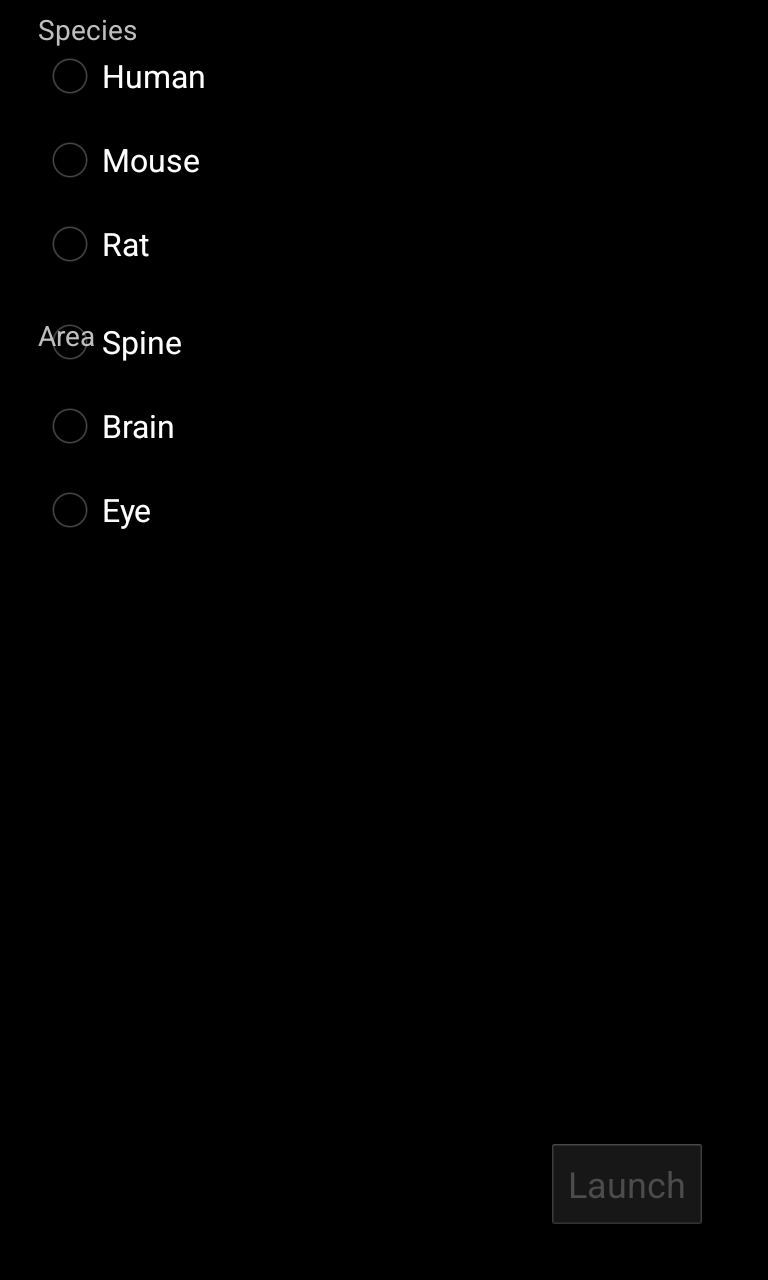
Repository: Ekarg/CSCE315Project3
Layout: Project3/res/layout/activity_main.xml
The author's editor kept a copy of each file at every save. The layout is drawn from the files as they stood at one save, then again after the next save.
It is drawn on a 768 x 1280 px phone screen (xhdpi) without system bars, with theme android:Theme.Holo; the app's code is not run.

Above is the layout before, as saved 2013-11-27 20:18:40.

### Project3/res/layout/activity_main.xml
<RelativeLayout xmlns:android="http://schemas.android.com/apk/res/android"
    xmlns:tools="http://schemas.android.com/tools"
    android:layout_width="match_parent"
    android:layout_height="match_parent"
    android:paddingBottom="5dp"
    android:paddingLeft="5dp"
    android:paddingRight="5dp"
    android:paddingTop="5dp"
    tools:context=".MainActivity" >

    <Button
        android:id="@+id/button1"
        android:layout_width="wrap_content"
        android:layout_height="wrap_content"
        android:layout_alignParentBottom="true"
        android:layout_alignParentRight="true"
        android:layout_marginBottom="19dp"
        android:layout_marginRight="24dp"
        android:enabled = "false"
		android:onClick="launch"
        android:text="@string/Button" />

    <TextView
        android:id="@+id/textView1"
        android:layout_width="wrap_content"
        android:layout_height="wrap_content"
        android:layout_marginLeft="14dp"
        android:layout_alignParentTop="true"
        android:text="@string/species" />

   <RadioGroup
        android:id="@+id/radioGroup1"
        android:layout_width="fill_parent"
        android:layout_height="wrap_content"
        android:layout_alignParentTop="true"
        android:layout_centerHorizontal="true"
        android:orientation="vertical" >

        <RadioButton
            android:id="@+id/radioButton1"
            android:layout_width="wrap_content"
            android:layout_height="wrap_content"
            android:layout_marginLeft="14dp"
            android:checked = "false"
            android:layout_marginTop="17dp"
            android:text="@string/human"
            android:onClick="onRadioButtonClicked"/>

        <RadioButton
            android:id="@+id/radioButton2"
            android:layout_width="wrap_content"
            android:layout_height="wrap_content"
            android:layout_marginLeft="14dp"
            android:checked = "false"
            android:layout_marginTop="10dp"
            android:text="@string/mouse"
            android:onClick="onRadioButtonClicked"/>

        <RadioButton
            android:id="@+id/radioButton3"
            android:layout_width="wrap_content"
            android:layout_height="wrap_content"
            android:layout_marginLeft="14dp"
            android:checked = "false"
            android:layout_marginTop="10dp"
            android:text="@string/rat"
            android:onClick="onRadioButtonClicked"/>
    </RadioGroup>

    <TextView
        android:id="@+id/textView2"
        android:layout_width="wrap_content"
        android:layout_height="wrap_content"
        android:layout_alignLeft="@+id/textView1"
        android:layout_below="@+id/radioGroup1"
        android:layout_marginTop="20dp"
        android:text="@string/area"
        android:onClick="onRadioButtonClicked" />

     <RadioGroup
        android:id="@+id/radioGroup2"
        android:layout_width="fill_parent"
        android:layout_height="wrap_content"
        android:layout_alignParentTop="true"
        android:layout_centerHorizontal="true"
        android:orientation="vertical" >

	    <RadioButton
	        android:id="@+id/radioButton4"
	        android:layout_width="wrap_content"
            android:layout_height="wrap_content"
            android:layout_marginLeft="14dp"
            android:checked = "false"
            android:layout_marginTop="150dp"
	        android:onClick="onRadioButtonClicked"
	        android:text="@string/spine" />

	    <RadioButton
	        android:id="@+id/radioButton5"
	        android:layout_width="wrap_content"
	        android:layout_height="wrap_content"
	        android:layout_marginLeft="14dp"
	        android:layout_marginTop="10dp"
	        android:checked="false"
	        android:onClick="onRadioButtonClicked"
	        android:text="@string/brain" />

	     <RadioButton
         android:id="@+id/radioButton6"
         android:layout_width="wrap_content"
         android:layout_height="wrap_content"
         android:checked = "false"
         android:layout_marginLeft="14dp"
          android:layout_marginTop="10dp"
         android:text="@string/eye"
         android:onClick="onRadioButtonClicked" />
	</RadioGroup>



</RelativeLayout>

### Project3/res/values/strings.xml
<?xml version="1.0" encoding="utf-8"?>
<resources>

    <string name="app_name">Show Me the.... Neuron!</string>
    <string name="action_settings">Settings</string>
    <string name="hello_world">Hello world!</string>
    <string name="Button">Launch</string>
    <string name="title_activity_second">Neuron Display</string>
    <string name="species">Species</string>
    <string name="human">Human</string>
    <string name="mouse">Mouse</string>
    <string name="rat">Rat</string>
    <string name="area">Area</string>
    <string name="eye">Eye</string>
    <string name="brain">Brain</string>
    <string name="spine">Spine</string>


</resources>

After the next save:
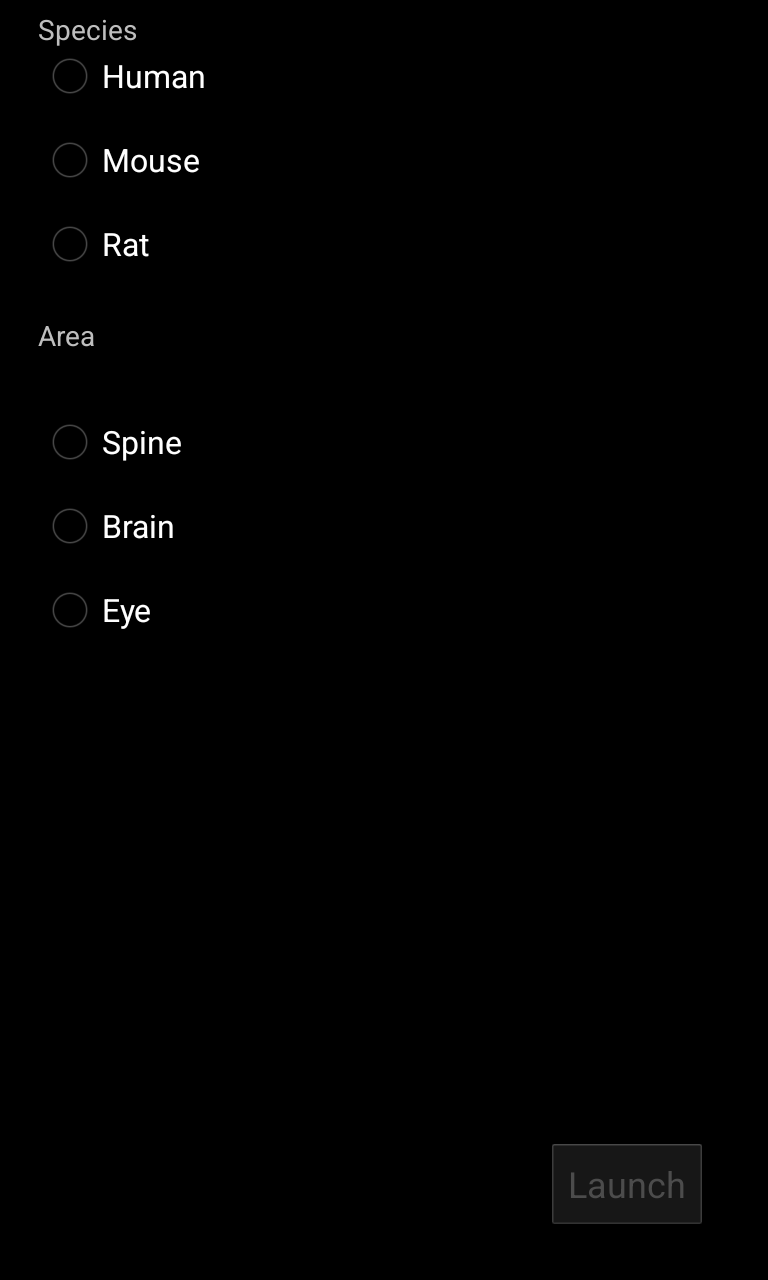
Saved 32 s later.
--- a/Project3/res/layout/activity_main.xml
+++ b/Project3/res/layout/activity_main.xml
@@ -91,7 +91,7 @@
             android:layout_height="wrap_content"
             android:layout_marginLeft="14dp"
             android:checked = "false"
-            android:layout_marginTop="150dp"
+            android:layout_marginTop="200dp"
 	        android:onClick="onRadioButtonClicked"
 	        android:text="@string/spine" />
 
